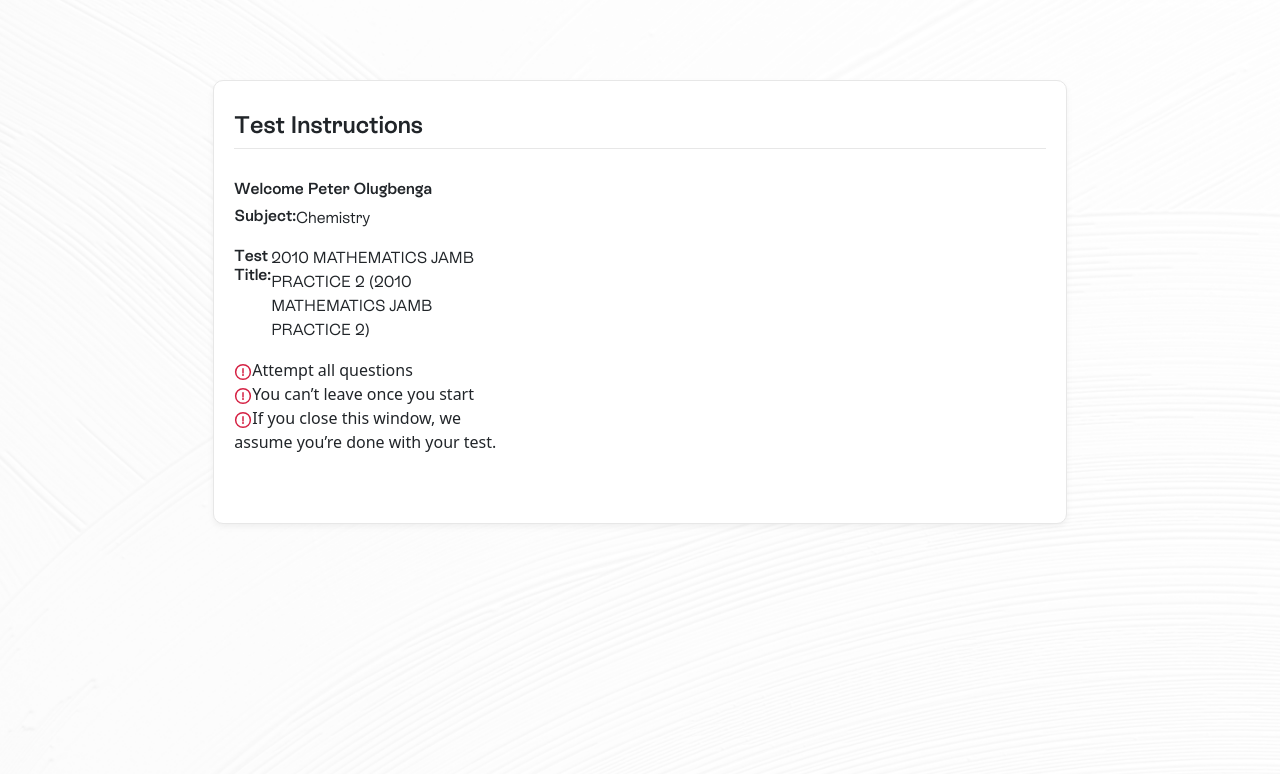
Repository: sarahnnanyelugo/educare-cbt
Page: /test-instructions
An editor plug-in stored every save of this project. The page is shown before and after the next save, followed by the edit.
The browser window is 1280 px wide. The pictures show the whole page.
The project was rebuilt for these pictures with package versions that can differ from the ones it lists, and the page was loaded fresh each time. Also part of the build but not shown: src/components/Form/Form.js, src/pages/AuthenticationPage/auth.scss, src/pages/AuthenticationPage/AuthenticationPage.js, src/components/Exams/exams.scss, src/components/TestModal/test-modal.scss, src/components/TestModal/TestModal.js, src/components/Exams/Exams.js, src/TestData/examsData.js and 3 more. Imported but missing from the stored project, and not drawn on this page: src/components/Form/Password, src/components/GoogleButton/GoogleButton.

Above is the page before, as saved 2023-11-05 03:27:03.

### src/App.js
import logo from "./logo.svg";
import "./App.css";
import "bootstrap/dist/css/bootstrap.min.css";
import { BrowserRouter, Routes, Route, Link, Outlet } from "react-router-dom";
import { AuthenticationPage } from "./pages/AuthenticationPage/AuthenticationPage";
import { Home } from "./pages/Home/Home";
import ScrollToTop from "./components/scrollToTop";
import { Navbar } from "./components/Navbar/Navbar";
import { TestInstructions } from "./pages/TestInstructions/TestInstructions";
function App() {
  return (
    <>
      <ScrollToTop />
      <Navbar />
      <Routes>
        <Route path="/" element={<AuthenticationPage />} />{" "}
        <Route path="home" element={<Home />} />{" "}
        <Route path="test-instructions" element={<TestInstructions />} />{" "}
      </Routes>
    </>
  );
}

export default App;

### src/App.css
@font-face {
  font-family: rebondG;
  src: url(./assets/fonts/Rebond_font/RebondG.otf);
}
@font-face {
  font-family: rebondG-Bold;
  src: url(./assets/fonts/Rebond_font/RebondG-Bold.otf);
}
@font-face {
  font-family: rebondG-Semi-Bold;
  src: url(./assets/fonts/Rebond_font/Rebond-semibold.otf);
}
@font-face {
  font-family: rebondG-Medium;
  src: url(./assets/fonts/Rebond_font/RebondGrotesqueMedium.otf);
}
@font-face {
  font-family: rebondBook;
  src: url(./assets/fonts/Rebond_font/RebondG-Book.ttf);
}

h1,
h2,
h3,
h4,
h5,
h6 {
  font-family: rebondG-Semi-Bold;
}

p {
  font-family: rebondBook;
  font-size: 16px;
}
small {
  font-family: rebondBook;
}
button {
  font-family: rebondG-Semi-Bold;
}
@media screen and (min-width: 620px) {
  .flexy {
    display: flex;
  }
}
@media screen and (max-width: 620px) {
  .flexyM {
    display: flex;
  }
}

### src/components/Navbar/Navbar.js
import React, { useEffect, useRef, useState } from "react";
import "./navbar.scss";
import Logo from "../../assets/images/logo.png";
import { Link, NavLink } from "react-router-dom";
import { useLocation } from "react-router-dom";

export const Navbar = () => {
  const location = useLocation();
  const prevUrlRef = useRef(null);
  const [showNav, setShowNav] = useState(true);
  useEffect(() => {
    const currentUrl = window.location.pathname;
    if (prevUrlRef.current !== currentUrl) {
      prevUrlRef.current = currentUrl;
      console.log(currentUrl);
      setTimeout(() => {
        switch (currentUrl) {
          case "/":
            setShowNav(false);
            break;
          case "/test-instructions":
            setShowNav(false);
            break;

          default:
            setShowNav(true);
            break;
        }
        localStorage.setItem("showNav", showNav);
      }, 200);
    }
  });
  return (
    <div className={`nav-container flexy ${showNav ? "" : "hide"} `}>
      <div className="logo-holder  col-md-1 flexy ">
        {" "}
        <Link to={"/"}>
          {" "}
          <img className="   logo" src={Logo} alt="Scholar" width="50%" />
        </Link>
      </div>
      <div className="flexy navs">
        <NavLink activeclassName="active" className="navlinks" to={"/home"}>
          <button> Home</button>
        </NavLink>{" "}
        <NavLink
          activeclassName="active"
          className="navlinks"
          to={"/test-analysis"}
        >
          <button> Test Analysis</button>
        </NavLink>{" "}
        <NavLink activeclassName="active" className="navlinks" to={"/wallet"}>
          <button> Wallet</button>
        </NavLink>
      </div>
    </div>
  );
};

### src/pages/TestInstructions/TestInstructions.js
import React from "react";
import "./test-instructions.scss";
import Alert from "../../assets/images/alert.svg";

export const TestInstructions = () => {
  return (
    <div className="test-instructions-div">
      <div className="col-md-8 offset-md-2 instructions">
        <div className="title-div">
          {" "}
          <h4>Test Instructions</h4>
        </div>
        <div className="flexy inner">
          <div className="col-md-4">
            <h6>Welcome Peter Olugbenga</h6>
            <div className="flexy flexyM">
              {" "}
              <h6>Subject:</h6>
              <p>Chemistry</p>
            </div>
            <div className="flexy flexyM">
              <h6>Test Title:</h6>
              <p>
                2010 MATHEMATICS JAMB PRACTICE 2 (2010 MATHEMATICS JAMB PRACTICE
                2)
              </p>
            </div>
            <ul className="list-unstyled">
              <li>
                <img src={Alert} alt="logo" width="18px" height="18px" />
                Attempt all questions
              </li>
              <li>
                {" "}
                <img src={Alert} alt="logo" width="18px" height="18px" />
                You can’t leave once you start
              </li>
              <li>
                <img src={Alert} alt="logo" width="18px" height="18px" />
                If you close this window, we assume you’re done with your test.
              </li>
            </ul>
          </div>
        </div>
      </div>
    </div>
  );
};

### src/components/Navbar/navbar.scss
.nav-container {
  padding: 5px 60px;
  box-shadow: 0px 3px 6px #00000029;
  background: #fff;
  .logo-holder {
    flex-grow: 1;
  }
  .navs {
    flex-grow: 1;
    .navlinks {
      button {
        margin: 0 10px;
        padding: 5px 13px;
        border: none;
        color: #000;
        margin-top: 10px;
        text-decoration: none;
        font-size: 14px;
        border-radius: 100px;
        background: #fff;
        font-family: rebondG-Medium;
      }
    }
  }
}
.active {
  button {
    color: #2f67d8 !important;
    background: #c7d8fa !important;
  }
}

### src/pages/TestInstructions/test-instructions.scss
.test-instructions-div {
  padding-top: 80px;
  padding-bottom: 250px;
  background: url("../../assets/images/brush-bg.png");
  background-size: cover;
  background-repeat: no-repeat;
  //   background-position: center;
  .instructions {
    border: 1px solid #e7e7e7;
    box-shadow: 0px 3px 6px #0000000d;
    border-radius: 10px;
    height: 444px;
    background: #fff;
    padding: 30px 20px;
    .title-div {
      border-bottom: 1px solid #e7e7e7;
    }
    .inner {
      margin-top: 30px;
    }
  }
}

### src/components/Form/form.scss
@import "../../variables";
@import "../../shared-styles";

.form-container {
  border: solid 1px rgb(255, 255, 255);
  border-radius: 15px;
  box-shadow: 0 0 1px 1px rgb(221, 221, 221);
  padding: 30px 20px 50px 20px;
  background: #fff;
  .or {
    .bodda {
      border-top: solid 1px #efefef;
      margin-top: 30px;
    }
    p {
      margin-top: 15px;
    }
  }
  .form-heading {
    color: #161617;
    font-size: 16px;
  }
}

.form {
  width: 100%;
  position: relative;
  height: fit-content;
  overflow: hidden;
}

.form input {
  width: 100%;
  height: 100%;
  color: #191919;
  padding-top: 10px;
  padding-bottom: 10px;
  padding-left: 20px;
  border-radius: 10px;
  height: 40px;
  margin-top: 20px;
  border: solid 1px #e7e7e7;
  background: #fff;
  font-family: rebondG-Semi-Bold;
}
.form label {
  position: absolute;
  bottom: 4px;
  left: 20px;
  width: 100%;
  height: 100%;
  font-size: 12px;
  font-family: rebondG;
  color: #161617;
  pointer-events: none;
}
.form label::after {
  content: "";
  position: absolute;
  bottom: -1px;
  left: 0px;
  width: 100%;
  height: 100%;
  transform: translateX(-100%);
  transition: all 0.3s ease;
}

.content-name {
  position: absolute;
  bottom: 0px;
  left: 0px;
  padding-bottom: 5px;
  transition: all 0.3s ease;
}
.form input:focus {
  outline: none;
}
.form input:focus + .label-name .content-name,
.form input:valid + .label-name .content-name {
  transform: translateY(-100%);
  font-size: 8px;
  left: 0px;
  color: black;
}
.form input:focus + .label-name::after,
.form input:valid + .label-name::after {
  transform: translateX(0%);
}
.password-input {
  input {
    border: solid 1px #edecec !important;
    padding: 9px 5px;
    border-radius: 10px;
    background: #fff !important;
    width: 100% !important;
    height: 40px;
  }
  img {
    margin-left: -35px;
    border-right: solid 1px rgb(226, 220, 220) !important;
    border-radius: 7px;
    @media screen and (max-width: 620px) {
      margin-left: -18px;
    }
  }
}
.formButton {
  color: #fff;
  border: none;
  padding: 10px 0;
  border-radius: 35px;
  margin-top: 30px;
  width: 100%;
  font-size: 16px !important;
  font-weight: bold !important;
  font-family: rebondG-Medium;
  background: #2f67d8;
  &:hover {
    background: #1e4ba7;
    transition: 0.5 ease;
  }
  @media screen and (max-width: 620px) {
  }
}
.css-qbdosj-Input {
  padding: 6px 5px !important;
}
.css-13cymwt-control {
  border-radius: 10px !important;
  height: 40px !important;
  border: solid 1px rgb(236, 233, 233) !important;
}
//////////////////////////////////////////////////////////////////////////////////////////

.formpassword {
  width: 100%;
  position: relative;
  height: fit-content;
  overflow: hidden;
}

.formpassword input {
  width: 100%;
  height: 100%;
  color: #191919;
  padding-top: 10px;
  padding-bottom: 10px;
  padding-left: 20px;
  border-radius: 10px;
  height: 40px;
  margin-top: 20px;
  border: solid 1px #e7e7e7;
  background: #fff;
  font-family: rebondG-Semi-Bold;
}
.formpassword label {
  position: absolute;
  bottom: 4px;
  left: 20px;
  width: 100%;
  height: 100%;
  font-size: 12px;
  font-family: rebondG;
  color: #161617;
  pointer-events: none;
}
.formpassword label::after {
  content: "";
  position: absolute;
  bottom: -1px;
  left: 0px;
  width: 100%;
  height: 100%;
  transform: translateX(-100%);
  transition: all 0.3s ease;
}

.content-name {
  position: absolute;
  bottom: 0px;
  left: 0px;
  padding-bottom: 5px;
  transition: all 0.3s ease;
}
.formpassword input:focus {
  outline: none;
}
.formpassword input:focus + .label-name .content-name,
.formpassword input:valid + .label-name .content-name {
  transform: translateY(-100%);
  font-size: 8px;
  left: 0px;
  color: black;
}
.formpassword input:focus + .label-name::after,
.formpassword input:valid + .label-name::after {
  transform: translateX(0%);
}
.css-1jqq78o-placeholder {
  font-family: rebondBook !important;
  color: #161617 !important;
  font-size: 12px !important;
  font-family: rebondBook !important ;
}
.PhoneInputCountry {
  background: #fff !important;
}
.hide {
  display: none;
}
.show {
  display: block;
}

### src/_variables.scss
$blue: #0098da;
$lightblue: #e1f2fa;
$purple: #5044b2;
@mixin get-started-button {
  color: #fff;
  border-radius: 35px;
  border: solid 1px #414244;
  padding: 8px 20px;
  font-size: 14px;
  font-family: rebondG-Semi-Bold;

  // &:hover {
  //   background: #30266b;
  //   transition: 0.5s ease;
  // }
}
@mixin main-btn {
  background: #2f67d8 !important;
  color: #fff;
  border-radius: 100px;
  // padding: 8px 20px;
  width: 91px;
  height: 36px;
  font-size: 14px;
  border: solid 1px #414244;
  font-family: rebondG-Semi-Bold;

  &:hover {
    background: #1e4ba7 !important;
    transition: 0.5s ease;
  }
}

### src/_shared-styles.scss
.mt1 {
  margin-top: 10px;
}
.mt2 {
  margin-top: 20px;
}
.mt3 {
  margin-top: 30px;
}
.mt4 {
  margin-top: 40px;
}
.mt5 {
  margin-top: 50px;
}
.mt6 {
  margin-top: 60px;
}
.mt7 {
  margin-top: 70px;
}
.mt8 {
  margin-top: 80px;
}
.mt9 {
  margin-top: 90px;
}
.mt {
  margin-top: 140px;
}
.mtt {
  margin-top: 200px;
}
.bb {
  border-bottom: solid 1px rgb(233, 229, 229);
}
.bt {
  border-top: solid 1px rgb(233, 229, 229);
}
.pd {
  padding: 80px 0;
}
.br {
  border-right: solid 1px rgb(233, 229, 229);
}
.no-m {
  @media screen and (max-width: 620px) {
    margin: 0 !important;
  }
}
.ml {
  margin-left: 10px;
}
.ml4 {
  margin-left: 40px;
}
.ml3 {
  margin-left: 30px;
}

.features-link {
  color: #191919;
  text-decoration: none;
  &:hover {
    color: #191919;
  }
}

.mb5 {
  margin-bottom: 50px;
}
.mb4 {
  margin-bottom: 40px;
}

.no-margin {
  @media screen and (max-width: 620px) {
    margin-top: 0px !important;
    text-align: center;
  }
}
.grad2 {
  background: rgb(255, 255, 255);
  background: linear-gradient(
    180deg,
    rgba(255, 255, 255, 1) 28%,
    rgba(240, 240, 240, 1) 48%,
    rgba(255, 255, 255, 1) 75%
  );
}
.dn {
  @media screen and (max-width: 620px) {
    display: none;
  }
}
.dnW {
  @media screen and (min-width: 620px) {
    display: none;
  }
}
.dnM {
  @media screen and (max-width: 620px) {
    display: none;
  }
}
.img-resolv {
  width: 90%;
  @media screen and (max-width: 620px) {
    width: 100%;
  }
}
.link {
  font-size: 12px;
  text-decoration: none;
  color: #000;
  font-family: rebondG-Semi-Bold;
  margin-bottom: 0 !important;
}
.link2 {
  font-size: 12px;
  text-decoration: none;
  color: #2f67d8;
  font-family: rebondG-Semi-Bold;
}

Loaded but not shown: public/index.html (common file); src/index.js (common file); src/index.css (common file); src/reportWebVitals.js (common file); src/components/scrollToTop.js (common file)

After the next save:
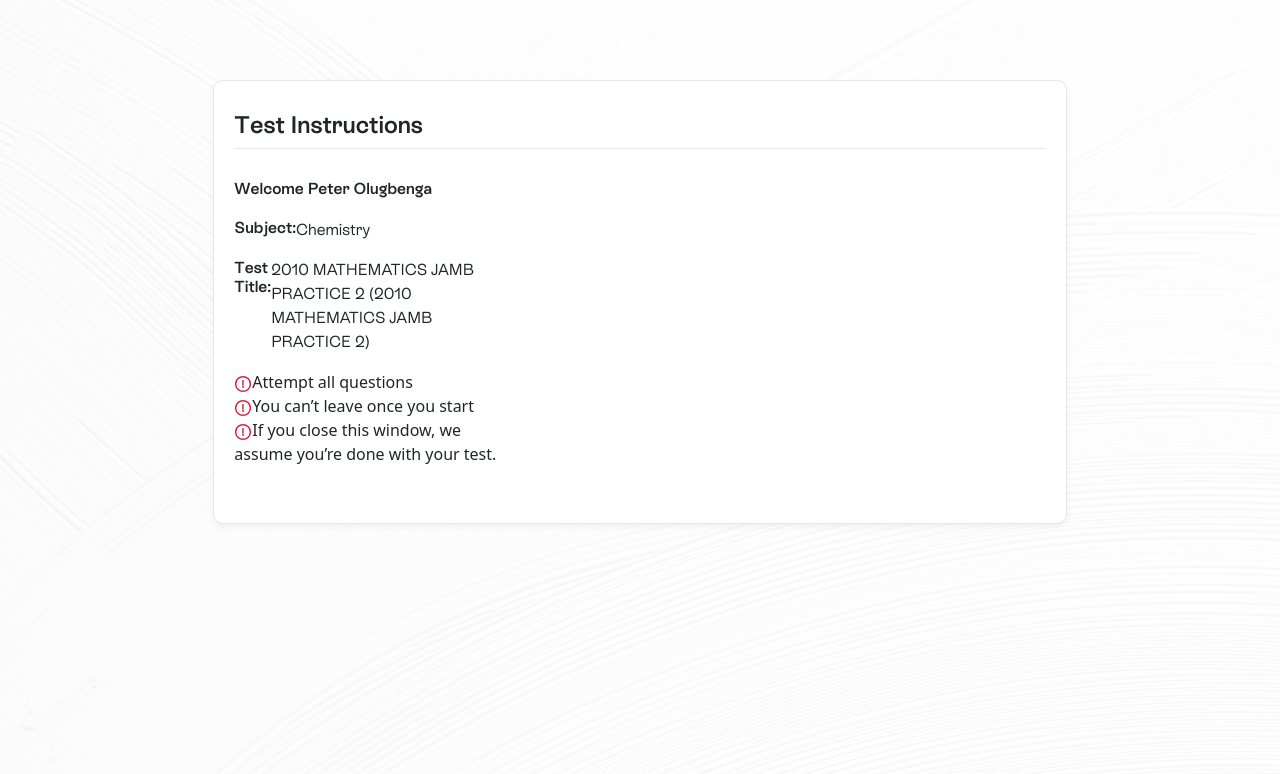
Saved 26 s later.
--- a/src/pages/TestInstructions/test-instructions.scss
+++ b/src/pages/TestInstructions/test-instructions.scss
@@ -17,6 +17,9 @@
     }
     .inner {
       margin-top: 30px;
+      h6 {
+        margin-bottom: 20px;
+      }
     }
   }
 }
